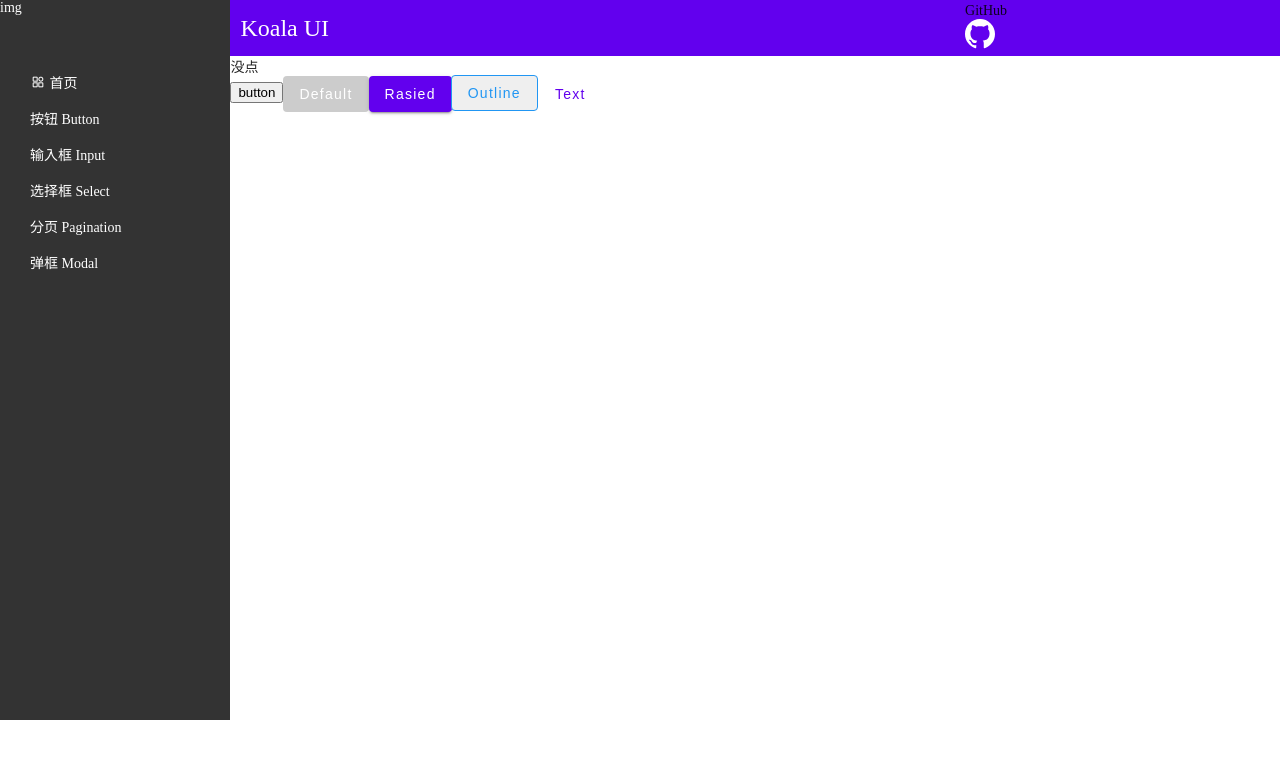
Repository: wyhsunflower/koalaUI
Page: /
These files come from the project's save history. The page is drawn as it stood at one moment and after the next save; the edit follows.
The browser window is 1280 px wide. The pictures show the whole page.
The project was rebuilt for these pictures with package versions that can differ from the ones it lists, and the page was loaded fresh each time. Also part of the build but not shown: webpack.config.js, src/components/Modal/Modal.vue. Imported but missing from the stored project, and not drawn on this page: src/views/go/go2.vue.

Above is the page before, as saved 2020-03-15 21:40:23.

After the next save:
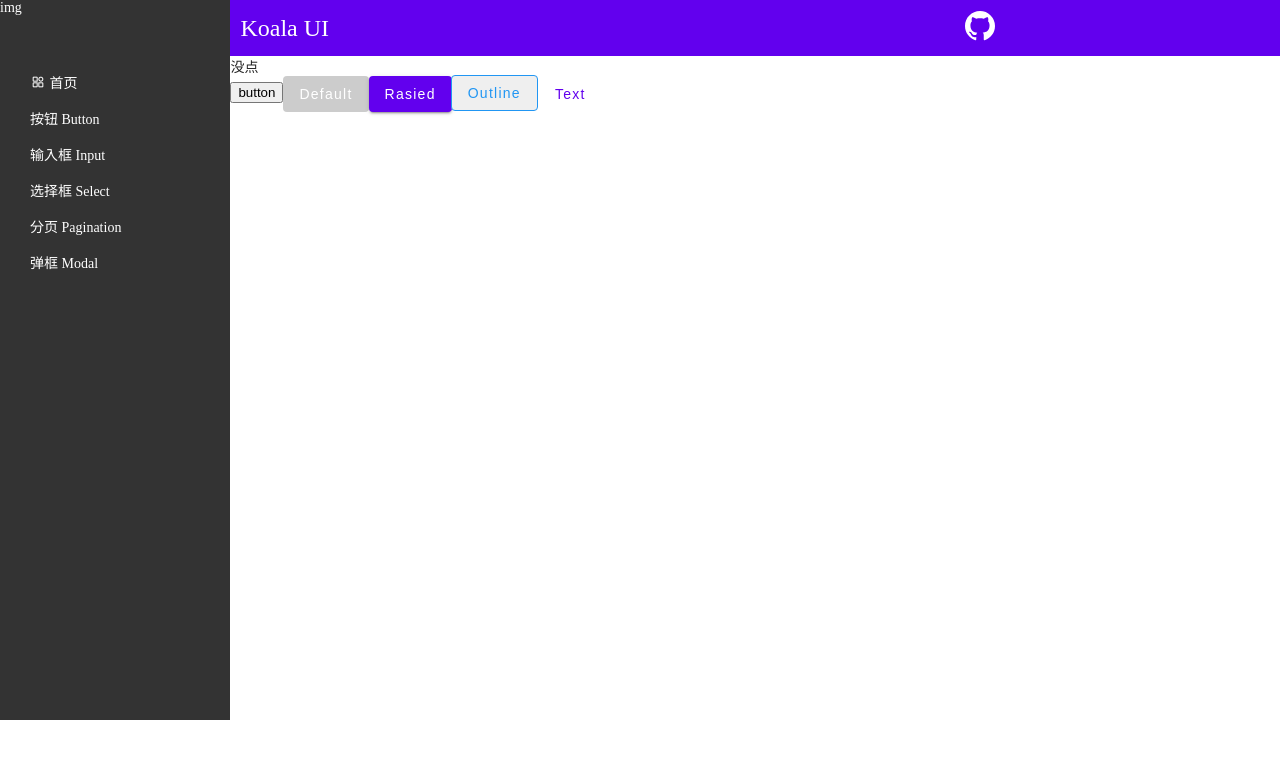
Saved 92 s later.
--- a/src/Header.vue
+++ b/src/Header.vue
@@ -2,7 +2,7 @@
     <div class="header">
         <div class="title">Koala UI</div>
         <div class="right">
-            <div class="search">GitHub</div>
+            <!-- <div class="search">GitHub</div> -->
             <div class="config">
             <svg width="30" height="30" viewBox="0 0 20 20" xmlns="http://www.w3.org/2000/svg">
             <title>github-circle-white-transparent</title>
